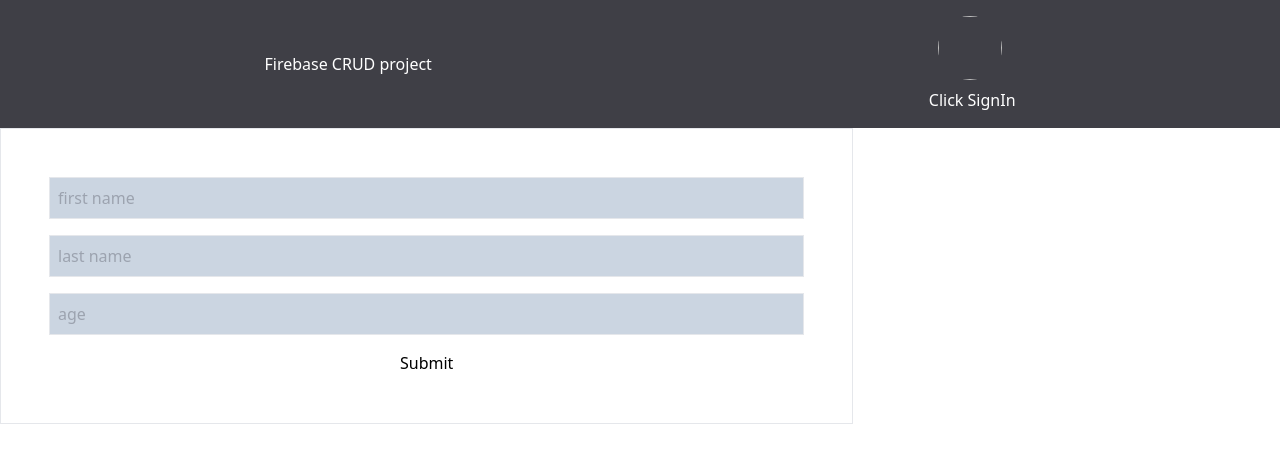
Repository: Semanmernstack/firebase-crud
Page: /
An editor plug-in stored every save of this project. The page is shown before and after the next save, followed by the edit.
The browser window is 1280 px wide. The pictures show the whole page.
The project was rebuilt for these pictures with package versions that can differ from the ones it lists, and the page was loaded fresh each time.

Above is the page before, as saved 2023-03-17 02:09:25.

### src/index.css
body {
  margin: 0;

}

@tailwind base;
@tailwind components;
@tailwind utilities;

### src/App.js



import Body from "./components/Body";
import Header from "./components/Header";





function App() {

  return (
    <div className="">
      <Header/>
      <Body/>
    </div>
  );
}

export default App;

### src/components/Body.js
import React from 'react'
import { useForm } from 'react-hook-form';

function Body() {
    const {
        register,
        handleSubmit,
        formState: { errors },
    } = useForm();
    const onSubmit = data => console.log(data);
  return (
    <div className="p-8 text-black flex flex-col w-2/3 border ">
        <form className='flex flex-col p-4 gap-4 items-center justify-center text-center' onSubmit={handleSubmit(onSubmit)}>
            <input className="w-full p-2 border outline-none bg-slate-300 text black "  placeholder='first name'  {...register('firstName')} />
            <input className="w-full p-2 border outline-none bg-slate-300 text black "  placeholder='last name' {...register('lastName', { required: true })} />
            {errors.lastName && <p>Last name is required.</p>}
            <input className="w-full p-2 border outline-none bg-slate-300 text black "  placeholder='age' {...register('age', { pattern: /\d+/ })} />
            {errors.age && <p>Please enter number for age.</p>}
            <input type="submit" />
        </form>

    </div>
  )
}

export default Body

### src/components/Header.js


import Login from "./Login"


function Header() {
  const [user, setUser] = ("")


  return (
    <nav className="flex items-center justify-around bg-zinc-700 text-white p-4">
        <div>
            <h1> Firebase CRUD project</h1>
        </div>
        <Login/>

    </nav>


  )
}

export default Header

### src/components/Login.js
import { onAuthStateChanged, signInWithPopup } from 'firebase/auth'
import React, { useEffect, useState } from 'react'
import { auth, provider } from '../firebase.'


function Login() {
    const [user, setUser] = useState("")
    useEffect(() => {

        onAuthStateChanged(auth, (user) => {
            console.log(user)
          if (user) {
            setUser(user)
          }
        })

      }, [])





    const signIn = () => {
       try {
            signInWithPopup(auth, provider)
       }
       catch (error) {
            alert(error.message)
       }
    }
  return (
    <div className="flex flex-col items-center gap-2">
        <div className="flex gap-1 items-center">
            <img className='rounded-full h-16 w-16' src={user.photoURL} alt="" />
            <h1>{user?.displayName}</h1>
        </div>
        <div>
            <button onClick={signIn} >Click SignIn</button>
        </div>



    </div>
  )
}

export default Login

### src/firebase..js
import { initializeApp } from "firebase/app";
import { getAuth, GoogleAuthProvider } from "firebase/auth";
import { getFirestore } from "firebase/firestore";
// TODO: Add SDKs for Firebase products that you want to use
// https://firebase.google.com/docs/web/setup#available-libraries

// Your web app's Firebase configuration
const firebaseConfig = {
  apiKey: "AIzaSyBgS0aivKoq6PRjPIzLlCpHxI0D8M1DMtw",
  authDomain: "school-81c7d.firebaseapp.com",
  projectId: "school-81c7d",
  storageBucket: "school-81c7d.appspot.com",
  messagingSenderId: "524069258489",
  appId: "1:524069258489:web:11c09d32a06e9a8b970e28"
};

// Initialize Firebase
const app = initializeApp(firebaseConfig);
const auth = getAuth(app);
const provider = new GoogleAuthProvider();

export { auth, provider }

Loaded but not shown: public/index.html (common file); src/index.js (common file); src/reportWebVitals.js (common file); tailwind.config.js (common file)

After the next save:
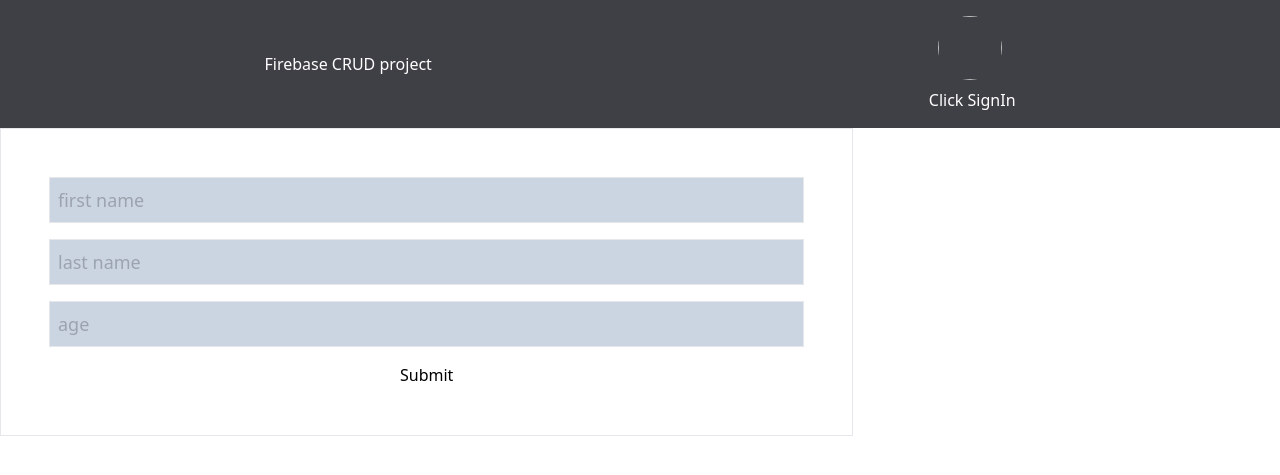
Saved 101 s later.
--- a/src/components/Body.js
+++ b/src/components/Body.js
@@ -11,10 +11,10 @@ function Body() {
   return (
     <div className="p-8 text-black flex flex-col w-2/3 border ">
         <form className='flex flex-col p-4 gap-4 items-center justify-center text-center' onSubmit={handleSubmit(onSubmit)}>
-            <input className="w-full p-2 border outline-none bg-slate-300 text black "  placeholder='first name'  {...register('firstName')} />
-            <input className="w-full p-2 border outline-none bg-slate-300 text black "  placeholder='last name' {...register('lastName', { required: true })} />
+            <input className="w-full p-2 border outline-none bg-slate-300 text black text-lg "  placeholder='first name'  {...register('firstName')} />
+            <input className="w-full p-2 border outline-none bg-slate-300 text black text-lg "  placeholder='last name' {...register('lastName', { required: true })} />
             {errors.lastName && <p>Last name is required.</p>}
-            <input className="w-full p-2 border outline-none bg-slate-300 text black "  placeholder='age' {...register('age', { pattern: /\d+/ })} />
+            <input className="w-full p-2 border outline-none bg-slate-300 text black text-lg "  placeholder='age' {...register('age', { pattern: /\d+/ })} />
             {errors.age && <p>Please enter number for age.</p>}
             <input type="submit" />
         </form>
